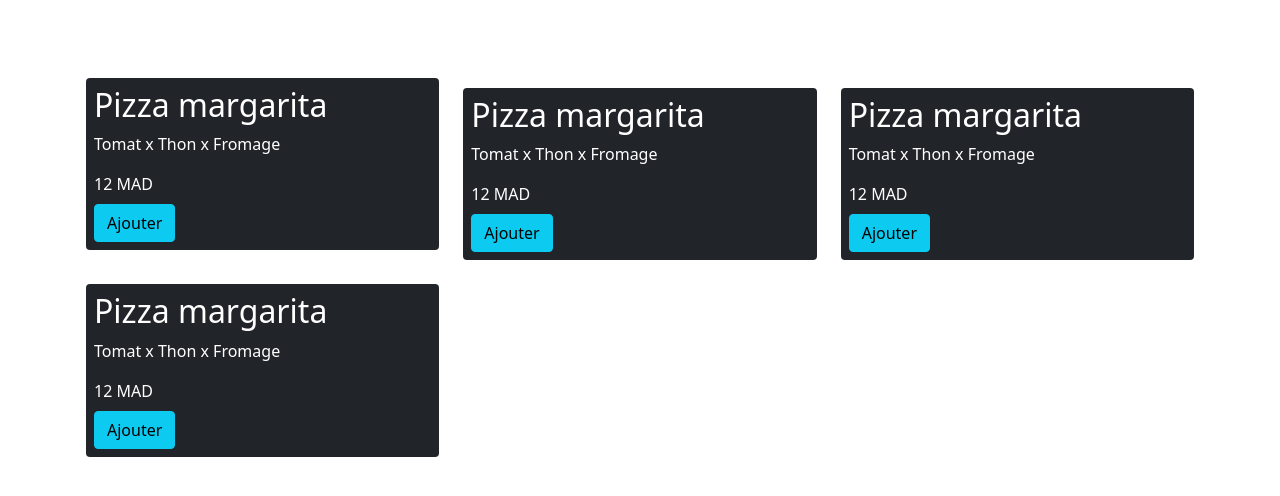
Repository: FS-23/my-restaurant
Page: /
An editor plug-in stored every save of this project. The page is shown before and after the next save, followed by the edit.
The browser window is 1280 px wide. The pictures show the whole page.
The pointer rests on the first visible `.plat-container`.
The project was rebuilt for these pictures with package versions that can differ from the ones it lists, and the page was loaded fresh each time.

Above is the page before, as saved 2022-04-29 13:53:48.

### public/index.html
<!DOCTYPE html>
<html lang="en">
  <head>
    <meta charset="utf-8" />
    <link rel="icon" href="%PUBLIC_URL%/favicon.ico" />
    <meta name="viewport" content="width=device-width, initial-scale=1" />
    <meta name="theme-color" content="#000000" />
    <meta
      name="description"
      content="Web site created using create-react-app"
    />
    <link rel="apple-touch-icon" href="%PUBLIC_URL%/logo192.png" />
    <!--
      manifest.json provides metadata used when your web app is installed on a
      user's mobile device or desktop. See https://developers.google.com/web/fundamentals/web-app-manifest/
    -->
    <link rel="manifest" href="%PUBLIC_URL%/manifest.json" />
    <!--
      Notice the use of %PUBLIC_URL% in the tags above.
      It will be replaced with the URL of the `public` folder during the build.
      Only files inside the `public` folder can be referenced from the HTML.

      Unlike "/favicon.ico" or "favicon.ico", "%PUBLIC_URL%/favicon.ico" will
      work correctly both with client-side routing and a non-root public URL.
      Learn how to configure a non-root public URL by running `npm run build`.
    -->
    <title>React App</title>
    <!-- CSS only -->
<link href="https://cdn.jsdelivr.net/npm/bootstrap@5.1.3/dist/css/bootstrap.min.css" rel="stylesheet">
  </head>
  <body>
    <noscript>You need to enable JavaScript to run this app.</noscript>
    <div id="root"></div>
    <!--
      This HTML file is a template.
      If you open it directly in the browser, you will see an empty page.

      You can add webfonts, meta tags, or analytics to this file.
      The build step will place the bundled scripts into the <body> tag.

      To begin the development, run `npm start` or `yarn start`.
      To create a production bundle, use `npm run build` or `yarn build`.
    -->
  </body>
</html>

### src/index.css
.plat-container:hover {
     top: -10px
}

.plat-container {
  top: 0;
  transition: top 0.5s;
}


.app-gradient-container {
   background-image: linear-gradient(160deg , red , blue);
   opacity: 0.2;
}

### src/App.js
import Menu from './components/Menu'
function App() {
  return (
    <div className="">
       <div className='vw-100 vh-100 position-fixed text-white'>
           <div className='position-absolute d-none top-0 w-100 h-100 bg-dark app-gradient-container'>

           </div>
           <div className="mt-5 p-3 rounded container ">
              <Menu />
           </div>
       </div>
    </div>
  );
}

export default App;

### src/components/Menu.js
import Plat from "./Plat"
function Menu(){
    return (
        <div className="row">
            < Plat name="Pizza margarita" price="12" ingredient="Tomat x Thon x Fromage" />
            < Plat name="Pizza margarita" price="12" ingredient="Tomat x Thon x Fromage" />
            < Plat name="Pizza margarita" price="12" ingredient="Tomat x Thon x Fromage" />
            < Plat name="Pizza margarita" price="12" ingredient="Tomat x Thon x Fromage" />
        </div>
    )
}

export default Menu

### src/components/Plat.js

function Plat (props){
    return(
        <div className=" col-1 col-sm-2 col-lg-4 mt-4 position-relative plat-container" >
            <div className="bg-dark p-2 rounded">
                <h2>{props.name} </h2>
                <p> {props.ingredient}</p>
                <div>
                    {props.price} MAD
                </div>
                <button className="btn btn-info mt-2">Ajouter</button>
            </div>
       </div>


    )
}

export default Plat

Loaded but not shown: src/index.js (common file); public/manifest.json (common file)

After the next save:
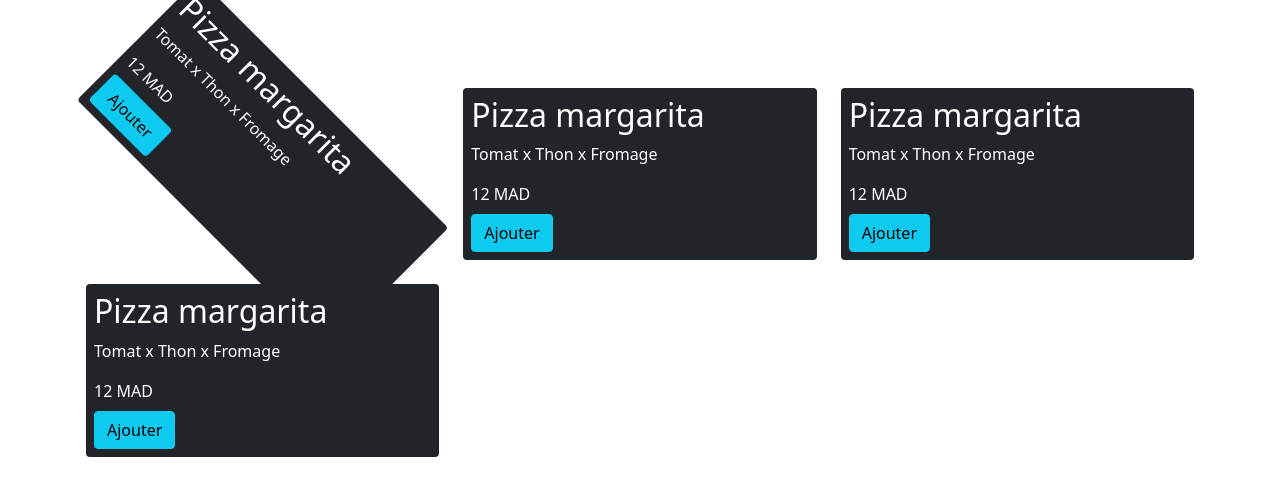
Saved 39 s later.
--- a/src/index.css
+++ b/src/index.css
@@ -1,5 +1,6 @@
 .plat-container:hover {
-     top: -10px
+     top: -10px;
+     transform: rotatez(45deg);
 }
 
 .plat-container {

After the save that followed:
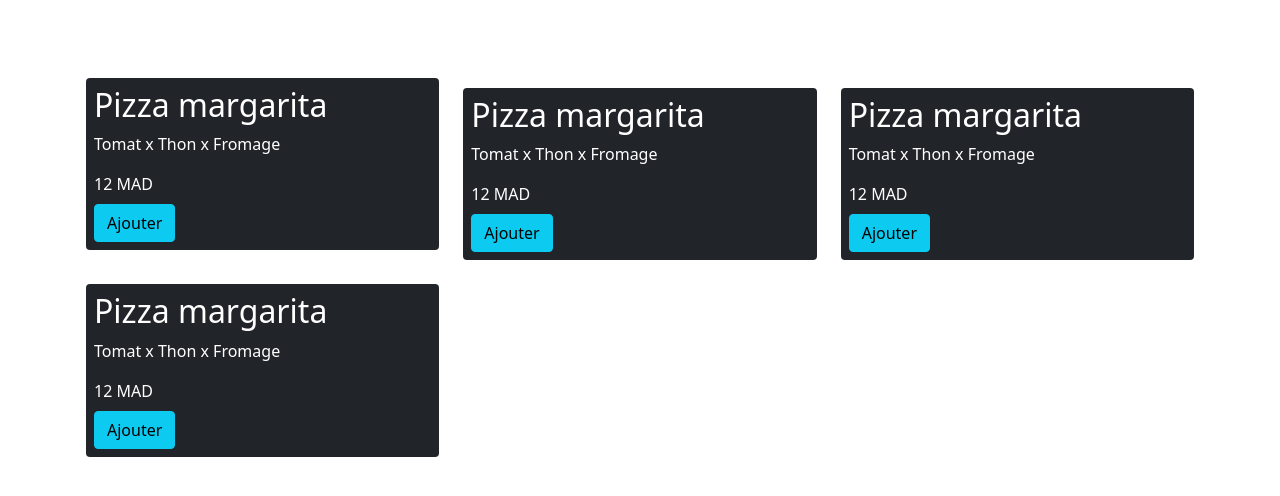
Saved 16 s later.
--- a/src/index.css
+++ b/src/index.css
@@ -1,6 +1,6 @@
 .plat-container:hover {
      top: -10px;
-     transform: rotatez(45deg);
+
 }
 
 .plat-container {
